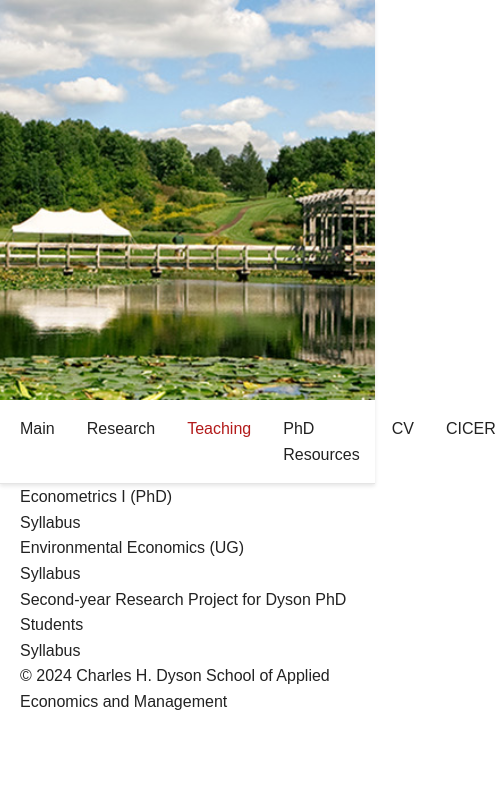
Repository: huang-heavenly-Emperor/k1_project
Page: teaching.html
These files come from the project's save history. The page is drawn as it stood at one moment and after the next save; the edit follows.
The browser window is 375 px wide. The page is 496 px wide, then 375 px, so the pictures cover 496 px, including what lies to the right of the window. The pictures show the whole page.

Above is the page before, as saved 2024-11-17 03:55:01.

After the next save:
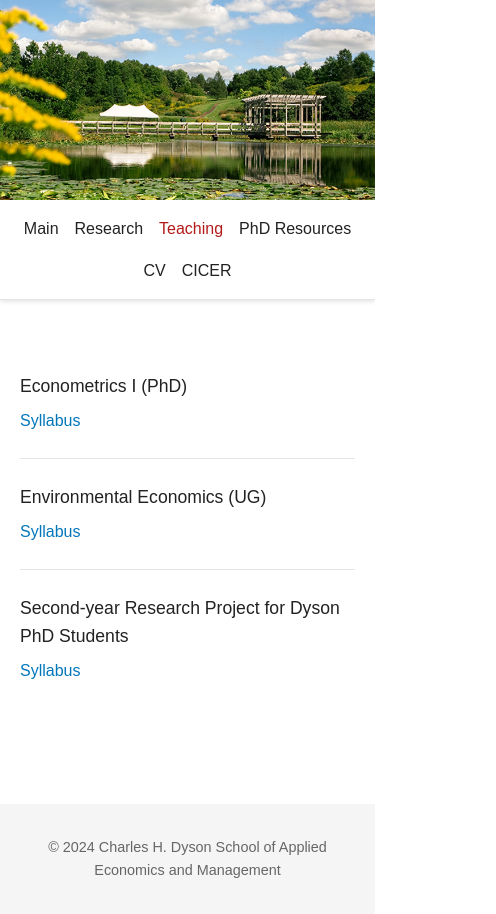
Saved 6 s later.
--- a/teaching.css
+++ b/teaching.css
@@ -67,3 +67,65 @@ body {
 }
 
 /* Courses Section */
+.courses {
+    padding: 3rem 0;
+}
+
+.course-item {
+    padding: 1.5rem 0;
+    border-bottom: 1px solid var(--border-color);
+}
+
+.course-item:last-child {
+    border-bottom: none;
+}
+
+.course-item h2 {
+    font-size: 1.25rem;
+    font-weight: 500;
+    margin-bottom: 0.5rem;
+}
+
+.syllabus-link {
+    color: var(--link-color);
+    text-decoration: none;
+    font-weight: 500;
+    transition: color 0.3s;
+}
+
+.syllabus-link:hover {
+    color: var(--primary-color);
+}
+
+/* Footer Styles */
+.footer {
+    background-color: #f5f5f5;
+    padding: 2rem 0;
+    margin-top: 3rem;
+    text-align: center;
+    font-size: 0.9rem;
+    color: #666;
+}
+
+/* Responsive Design */
+@media (max-width: 768px) {
+    .banner {
+        height: 300px;
+    }
+
+    .nav-list {
+        flex-wrap: wrap;
+        justify-content: center;
+        gap: 1rem;
+    }
+
+    .course-item h2 {
+        font-size: 1.1rem;
+    }
+}
+
+@media (max-width: 480px) {
+    .banner {
+        height: 200px;
+    }
+}
